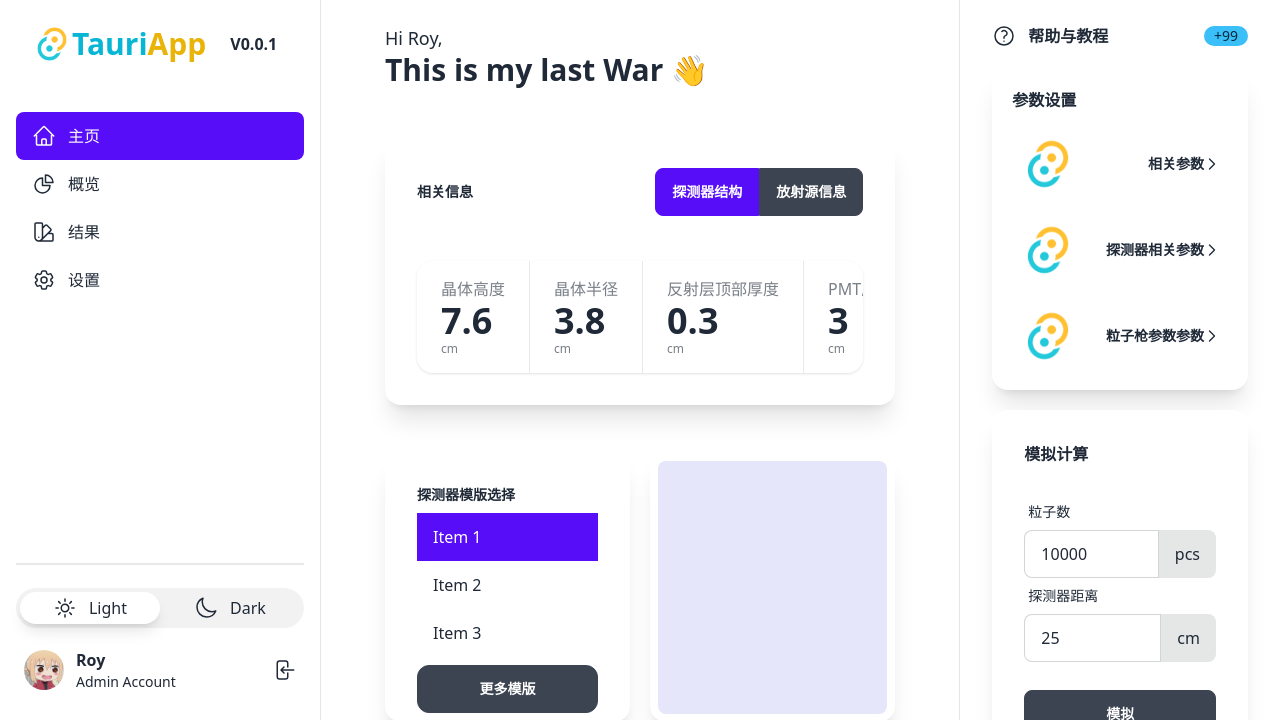
Repository: XMZOVO/tauri-geant4
Page: /
An editor plug-in stored every save of this project. The page is shown before and after the next save, followed by the edit.
The browser window is 1280 px wide. The pictures show the whole page.
The page's requests for data from a server got no answer. An inner scrolling area shows only its first screen. The project was rebuilt for these pictures with package versions that can differ from the ones it lists, and the page was loaded fresh each time. No one was signed in, and anything a server would have sent is missing. Also part of the build but not shown: vite.config.ts.

Above is the page before, as saved 2022-09-11 19:16:59.

After the next save:
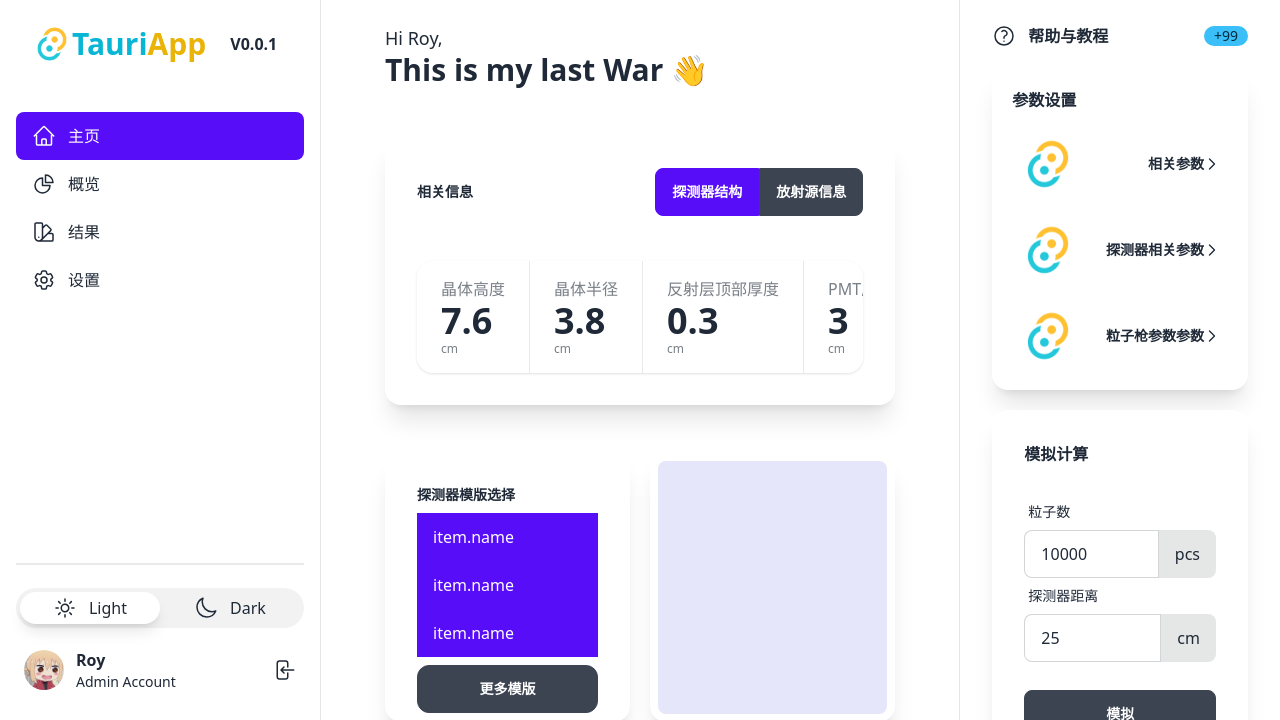
Saved 31 s later.
--- a/src/components/Home.vue
+++ b/src/components/Home.vue
@@ -188,9 +188,9 @@ const exitApp = async () => {
             <p class="text-sm font-semibold">探测器模版选择</p>
             <!-- item -->
             <ul class="menu h-full w-full justify-between bg-base-100">
-              <li><a class="active">Item 1</a></li>
-              <li><a>Item 2</a></li>
-              <li><a>Item 3</a></li>
+              <li v-for="(item, index) in detectorList">
+                <a class="active">item.name</a>
+              </li>
             </ul>
             <!-- <div
                 v-for="(item, index) in detectorList"
